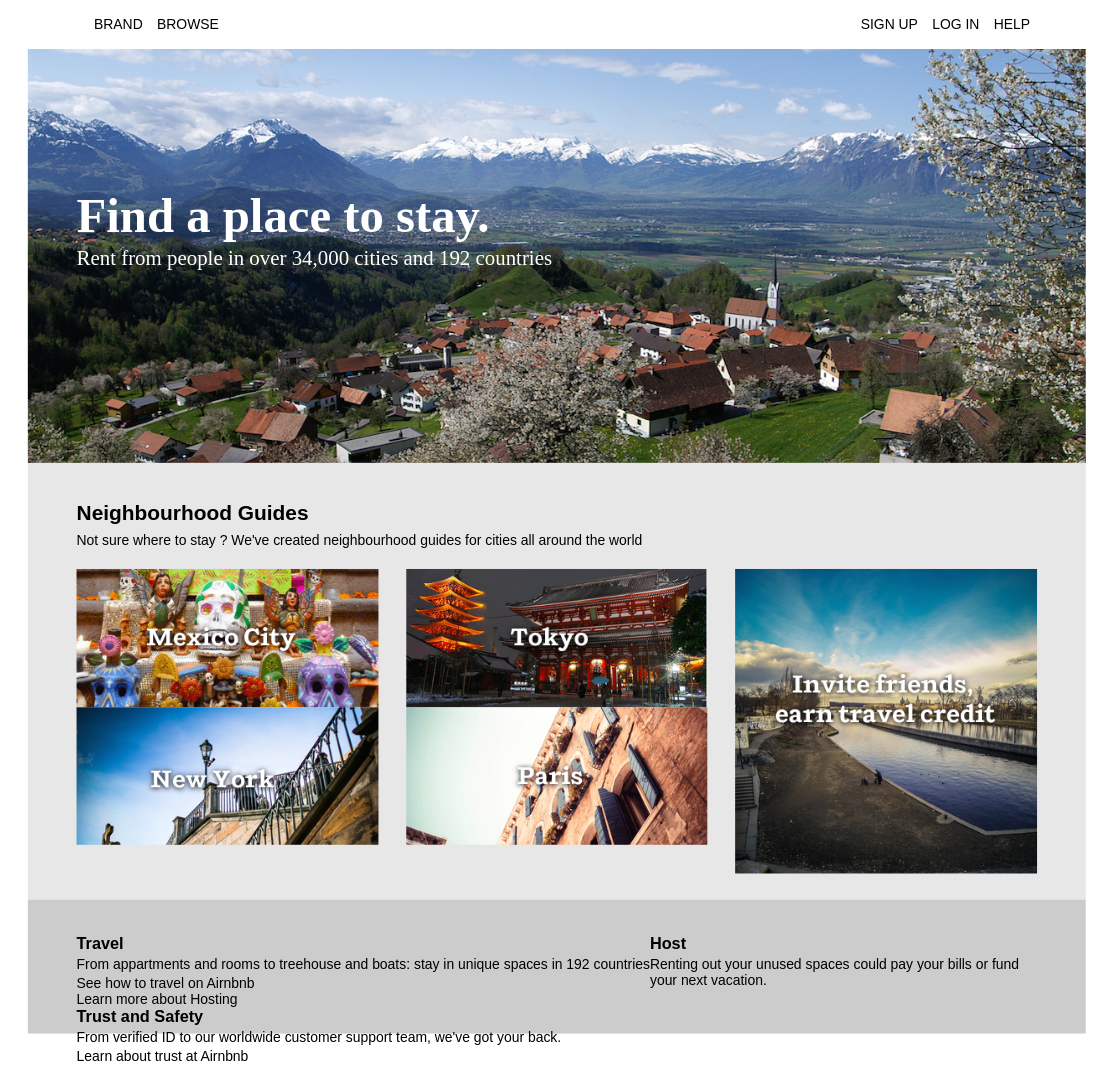
Repository: Naohonproject/web101x02_asm1
Page: Project2.html
These files come from the project's save history. The page is drawn as it stood at one moment and after the next save; the edit follows.
The browser window is 1280 px wide. The pictures show the whole page, at 87% of full size.

Above is the page before, as saved 2022-01-15 22:38:32.

After the next save:
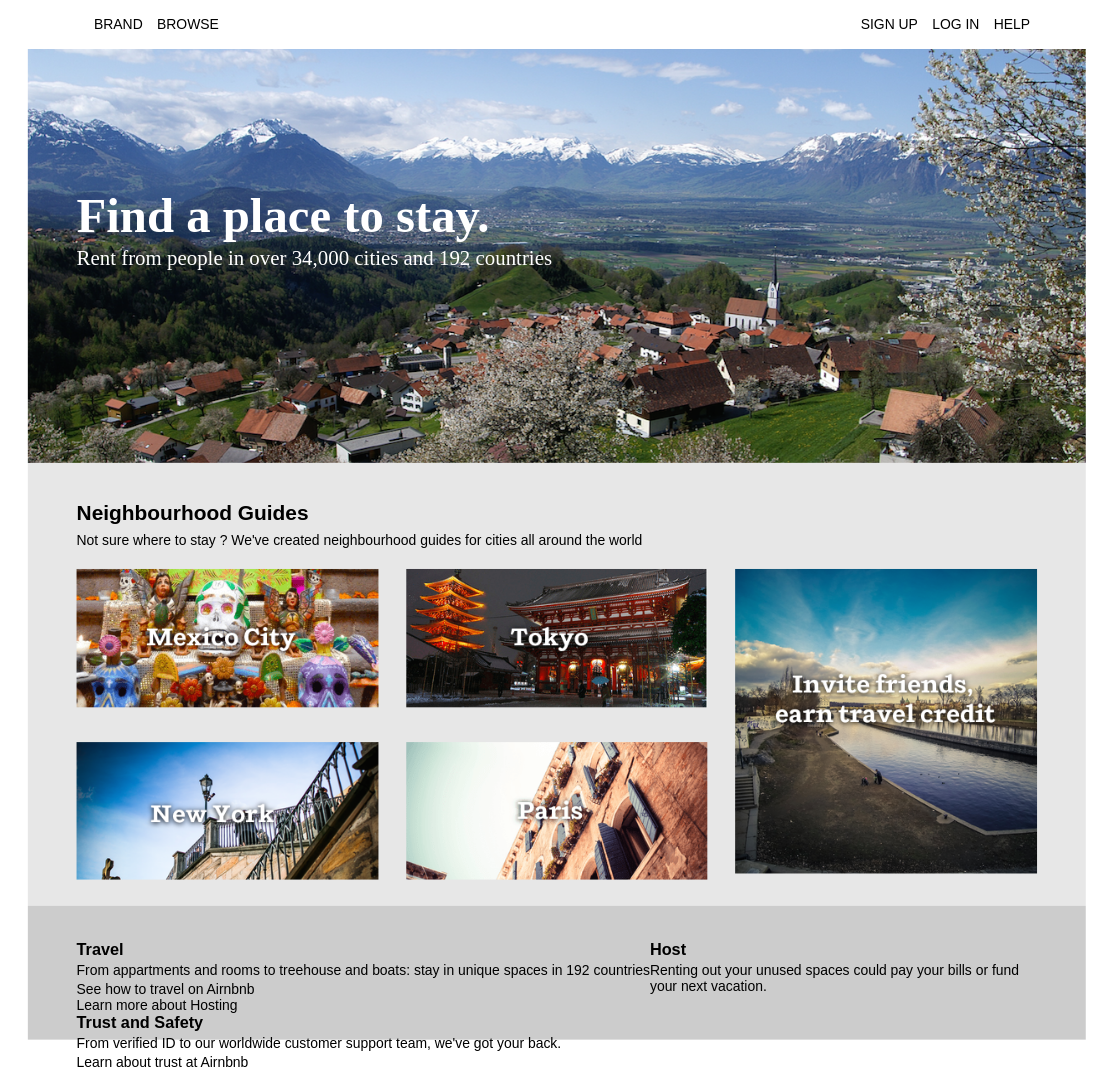
Saved 20 s later.
--- a/assets/css/style.css
+++ b/assets/css/style.css
@@ -152,7 +152,7 @@ p {
 	margin-right: -16px;
 }
 
-.image-block .first-image {
+.image-block .first-img {
 	margin-bottom: 40px;
 }
 /* end styling content */
